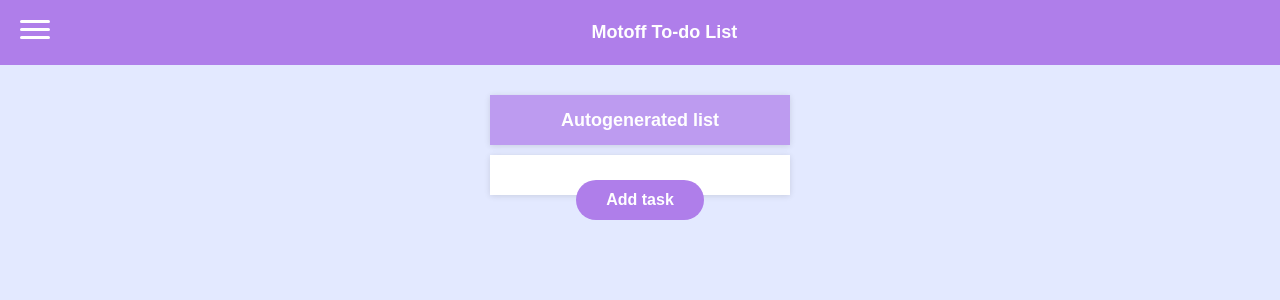
Repository: Amad-Mlinka/Todo-List-Vanilla-JS
Page: index.html
These files come from the project's save history. The page is drawn as it stood at one moment and after the next save; the edit follows.
The browser window is 1280 px wide. The pictures show the whole page.
The page's requests for data from a server got no answer.

Above is the page before, as saved 2021-09-15 02:47:51.

### index.html
<!DOCTYPE html>
<html lang="en">
  <head>
    <meta charset="UTF-8" />
    <meta http-equiv="X-UA-Compatible" content="IE=edge" />
    <meta name="viewport" content="width=device-width, initial-scale=1.0" />
    <title>ToDo list</title>
    <link rel="stylesheet" href="/styles/style.css" />
    <link rel="stylesheet" href="/styles/hamburger.css" />
    <link rel="stylesheet" href="/styles/header.css" />
    <script src="script.js"></script>
  </head>
  <body>
    <div class="headerContainer">
      <div class="header">
        <div class="hamburger" id="hamburger">
          <span></span>
          <span></span>
          <span></span>
        </div>
        <div class="titleContainer">
          <span class="title">Motoff To-do List</span>
        </div>
      </div>

      <div class="sidebar"></div>
    </div>
    <div class="container">
      <div class="listContainer">
        <div class="listItem" id="autogenerated">
          <div class="todoHeader">Autogenerated list</div>
          <div class="todoData">
            <div class="todoItem">
              <div class="checkDescription">
                <div class="todoCheck"><input type="checkbox" defaultchecked="false" class="checkCircle"></input></div>
                <div class="todoDescription">
                  <span class="todoText">Some kind of todo</span>
                </div>
              </div>

              <div class="todoDelete">
                  <img
                    class="deleteIcon"
                    src="/public/images/trash.png"
                    alt=""
                  />
                <div class="deleteTooltip"></div>
              </div>
            </div>
          </div>
          <div class="addBtnContainer">
            <div class="addTaskBtn">Add task</div>
          </div>
        </div>
      </div>
    </div>
  </body>
</html>

### styles/style.css
* {
  padding: 0;
  margin: 0;
}

body {
  background-color: rgb(227, 233, 255);
}
.container {
  display: flex;
  flex-direction: column;
  width: 80%;
  margin: auto;
}
.listContainer {
  width: 100%;
  display: flex;
  flex-direction: row;
  flex-wrap: wrap;
  justify-content: center;
}
.listItem {
  display: flex;
  flex-direction: column;
  width: 300px;
  margin: 30px;

}
.todoHeader {
  width: 100%;
  padding: 10px 0px;
  display: flex;
  justify-content: center;
  align-items: center;
  height: 30px;
  background: #af7eeab9;
  font-family: sans-serif;
  font-size: 18px;
  font-weight: bolder;
  color: white;
  margin-bottom: 10px;
  box-shadow: 0px 1px 6px 0px rgb(0 0 0 / 12%);
  -webkit-box-shadow: 0px 1px 6px 0px rgb(0 0 0 / 12%);
  -moz-box-shadow: 0px 1px 6px 0px rgb(0 0 0 / 12%);
}
.todoData {
  display: flex;
  flex-direction: column;
  background: #fff;
  padding: 20px;
  box-shadow: 0px 1px 6px 0px rgb(0 0 0 / 12%);
  -webkit-box-shadow: 0px 1px 6px 0px rgb(0 0 0 / 12%);
  -moz-box-shadow: 0px 1px 6px 0px rgb(0 0 0 / 12%);
}
.todoItem {
  display: flex;
  width: 100%;
  justify-content: space-between;
  margin: 10px 0;
}
.checkDescription {
  width: fit-content;
  max-width: 90%;
  display: flex;
  align-items: center;
}
.todoCheck {
  margin-right: 20px;
}

.deleteIcon {
  width: 13px;
  color: #b7bac9;
}
.checkCircle {
  width: 1.3em;
  height: 1.3em;
  background-color: white;
  border-radius: 50%;
  vertical-align: middle;
  border: 2px solid #b7bac9;
  appearance: none;
  -webkit-appearance: none;
  outline: none;
  cursor: pointer;
}
.checkCircle:checked {
  background-color: #af7eeab9;
}
.todoDescription {
  font-family: sans-serif;
  font-size: 16px;
  font-weight: bolder;
  color: #b7bac9;
  overflow-wrap: anywhere;
}

.addBtnContainer {
  margin: -15px auto 0px auto;
  height: 30px;
  padding: 5px 30px;
  border-radius: 20px;
  background: #af7eea;
  font-family: sans-serif;
  font-weight: bolder;
  color: #fff;
  display: flex;
  align-items: center;
  cursor: pointer;
  transition: all 0.3s ease-in-out;
}
.addBtnContainer:hover {
  transform: scale(1.1);
  transition: all 0.3s ease-in-out;
}

### styles/hamburger.css

  .hamburger {
    width: 30px;
    height: 25px;
    position: relative;
    -webkit-transform: rotate(0deg);
    -moz-transform: rotate(0deg);
    -o-transform: rotate(0deg);
    transform: rotate(0deg);
    -webkit-transition: 0.5s ease-in-out;
    -moz-transition: 0.5s ease-in-out;
    -o-transition: 0.5s ease-in-out;
    transition: 0.5s ease-in-out;
    cursor: pointer;
    margin: 10px;
  }

  .hamburger span {
    position: absolute;
    height: 3px;
    width: 30px;
    background: white;
    border-radius: 10px;
    opacity: 1;
    left: 0;
    -webkit-transform: rotate(0deg);
    -moz-transform: rotate(0deg);
    -o-transform: rotate(0deg);
    transform: rotate(0deg);
    -webkit-transition: 0.25s ease-in-out;
    -moz-transition: 0.25s ease-in-out;
    -o-transition: 0.25s ease-in-out;
    transition: 0.25s ease-in-out;
  }


  .hamburger span:nth-child(1) {
  top: 0px;
  -webkit-transform-origin: left center;
  -moz-transform-origin: left center;
  -o-transform-origin: left center;
  transform-origin: left center;
  }

  .hamburger span:nth-child(2) {
  top: 8px;
  -webkit-transform-origin: left center;
  -moz-transform-origin: left center;
  -o-transform-origin: left center;
  transform-origin: left center;
  }

  .hamburger span:nth-child(3) {
  top: 16px;
  -webkit-transform-origin: left center;
  -moz-transform-origin: left center;
  -o-transform-origin: left center;
  transform-origin: left center;
  }

  .hamburger.open span:nth-child(1) {
  -webkit-transform: rotate(45deg);
  -moz-transform: rotate(45deg);
  -o-transform: rotate(45deg);
  transform: rotate(45deg);
  top: -3px;
  left: 4px;
  }

  .hamburger.open span:nth-child(2) {
  width: 0%;
  opacity: 0;
  }

  .hamburger.open span:nth-child(3) {
  -webkit-transform: rotate(-45deg);
  -moz-transform: rotate(-45deg);
  -o-transform: rotate(-45deg);
  transform: rotate(-45deg);
  top: 18px;
  left: 4px;
  }

### styles/header.css
.header{
    display: flex;
    flex-direction: row;
    justify-content:space-between;
    background-color:#af7eea;
    padding: 10px;
}
.titleContainer{
    width: 100%;
    display: flex;
}
.title{
    color: white;
    margin: auto;
    font-family: sans-serif;
    font-size:18px;
    font-weight: bolder;
}

### script.js
var getTodos = async () => {
    var res = await fetch("https://jsonplaceholder.typicode.com/todos");
    var todosFull = await res.json();
    var todos = todosFull.slice(0, 20);
    console.log("Todos loaded")
    return todos;
}
var todoList = {
    todos: [],
    addTodo: function (todoText) {
        this.todos.push({
            todoText: todoText,
            completed: false
        });
    },
    changeTodo: function (position, todoText) {
        this.todos[position].todoText = todoText;
    },
    deleteTodo: function (position) {
        this.todos.splice(position, 1);
    },
    toggleCompleted: function (position) {
        var todo = this.todos[position];
        todo.completed = !todo.completed;
    },
    toggleAll: function () {
        var totalTodos = this.todos.length;
        var completedTodos = 0;

        // Get number of completed todos.
        this.todos.forEach(function (todo) {
            if (todo.completed === true) {
                completedTodos++;
            }
        });
        this.todos.forEach(function (todo) {
            // Case 1: If everything’s true, make everything false.
            if (completedTodos === totalTodos) {
                todo.completed = false;
                // Case 2: Otherwise, make everything true.
            } else {
                todo.completed = true;
            }
        })
    }
};

document.addEventListener("DOMContentLoaded", async function () {
    const hamburger = document.getElementById("hamburger");
    hamburger.addEventListener("click", function () {
        if (this.classList.contains("open")) {
            this.classList.remove("open")
        } else {
            this.classList.add("open")
        }
    })
    console.log("Hamburger loaded");

    var todosUl = document.getElementById("autogenerated").querySelector(".todoData");
    todosUl.innerHTML = '';

    todoList.todos.forEach(function(todo, position) {
        var todoLi = document.createElement('li');
        var todoTextWithCompletion = '';

        todoTextWithCompletion = todo.todoText;

        if (todo.completed === true) {
            todoLi.classList.toggle('toggle');
        } else {}

        todoLi.id = position;
        todoLi.textContent = todoTextWithCompletion;
        todoLi.appendChild(this.createToggleButton());
        todoLi.appendChild(this.createDeleteButton());
        todosUl.appendChild(todoLi);
    }, this);
})

After the next save:
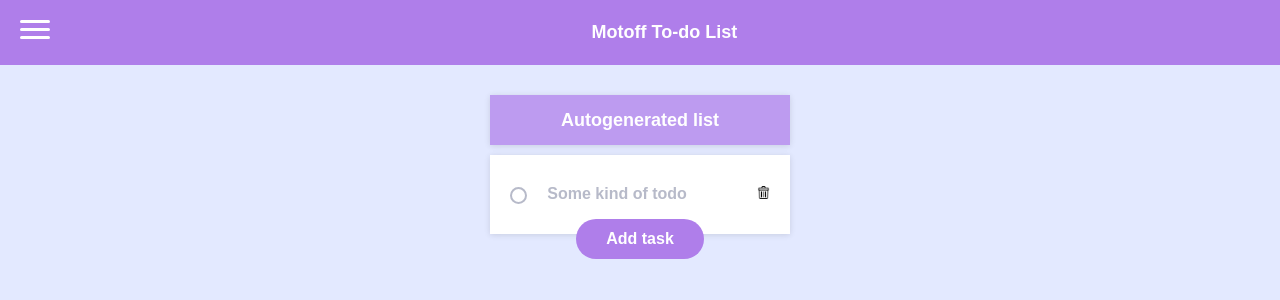
Saved 93 s later.
--- a/script.js
+++ b/script.js
@@ -55,11 +55,15 @@
         }
     })
     console.log("Hamburger loaded");
+    var todos= await getTodos();
+
+    todos.forEach((todo)=>todoList.addTodo(todo))
 
     var todosUl = document.getElementById("autogenerated").querySelector(".todoData");
     todosUl.innerHTML = '';
 
     todoList.todos.forEach(function(todo, position) {
+        todoList.addTodo()
         var todoLi = document.createElement('li');
         var todoTextWithCompletion = '';
 

After the 3 saves that followed:
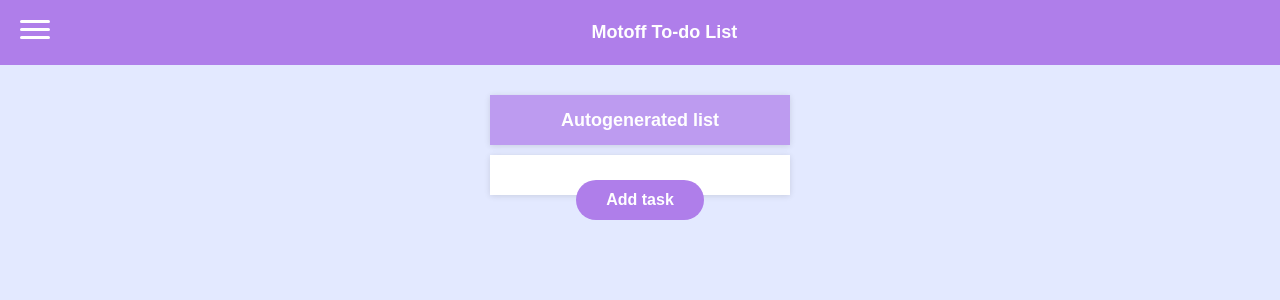
The 3 saves are shown as one change because 2 left the picture as it was.
The last was saved 3 min 6 s later.
--- a/script.js
+++ b/script.js
@@ -55,15 +55,10 @@
         }
     })
     console.log("Hamburger loaded");
-    var todos= await getTodos();
-
-    todos.forEach((todo)=>todoList.addTodo(todo))
-
     var todosUl = document.getElementById("autogenerated").querySelector(".todoData");
     todosUl.innerHTML = '';
 
     todoList.todos.forEach(function(todo, position) {
-        todoList.addTodo()
         var todoLi = document.createElement('li');
         var todoTextWithCompletion = '';
 
